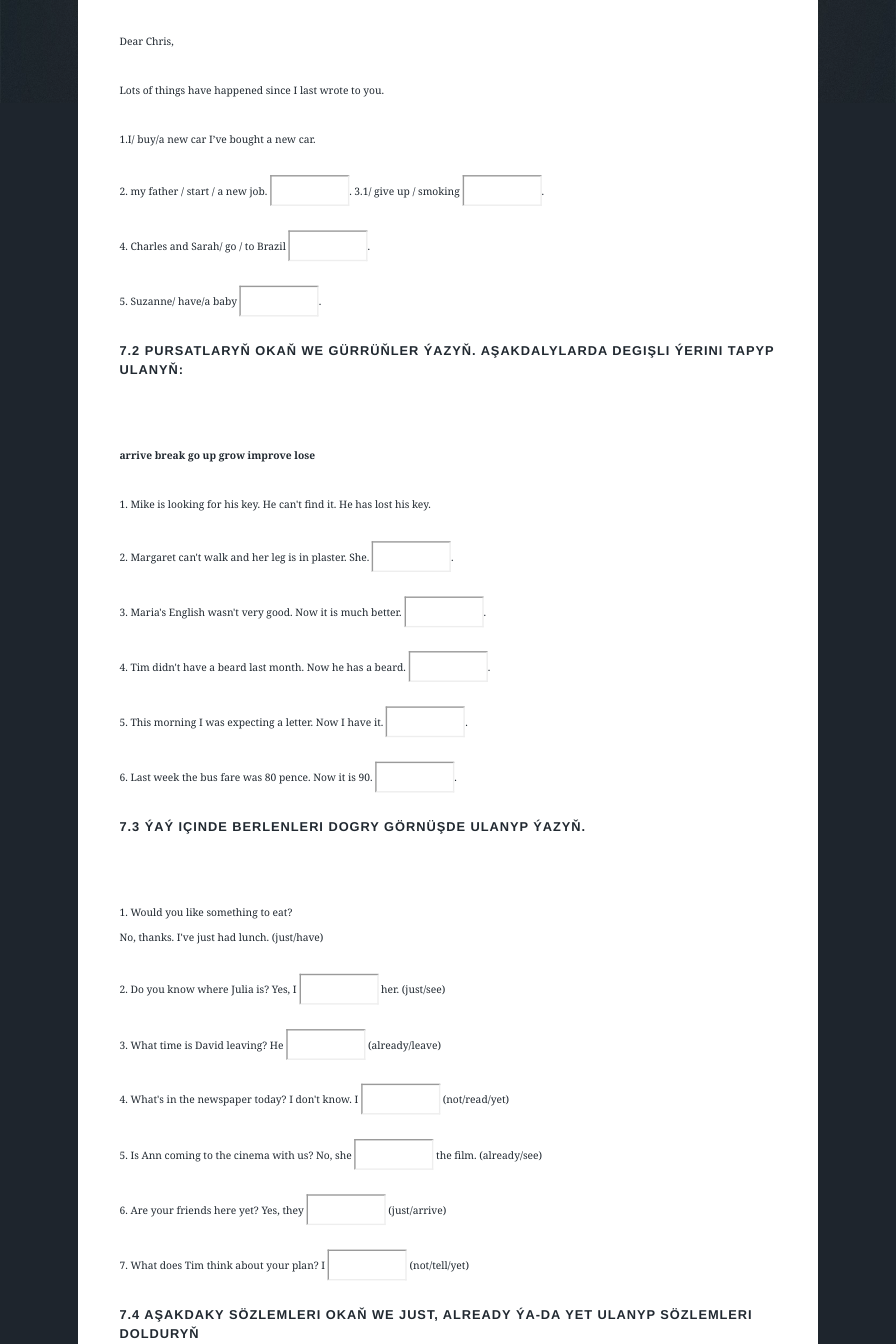
Repository: Sahet-dev/English-grammar-app
Page: test/test_unit _7.html
These files come from the project's save history. The page is drawn as it stood at one moment and after the next save; the edit follows.
The browser window is 1280 px wide. The pictures show the part of the page from y = 573 to 2493 px (the page is 3853 px tall before and 3888 px after), at 70% of full size.
Some web fonts or font styles are not loaded; a fallback is used.

Above is the page before, as saved 2022-06-24 16:08:36.

After the next save:
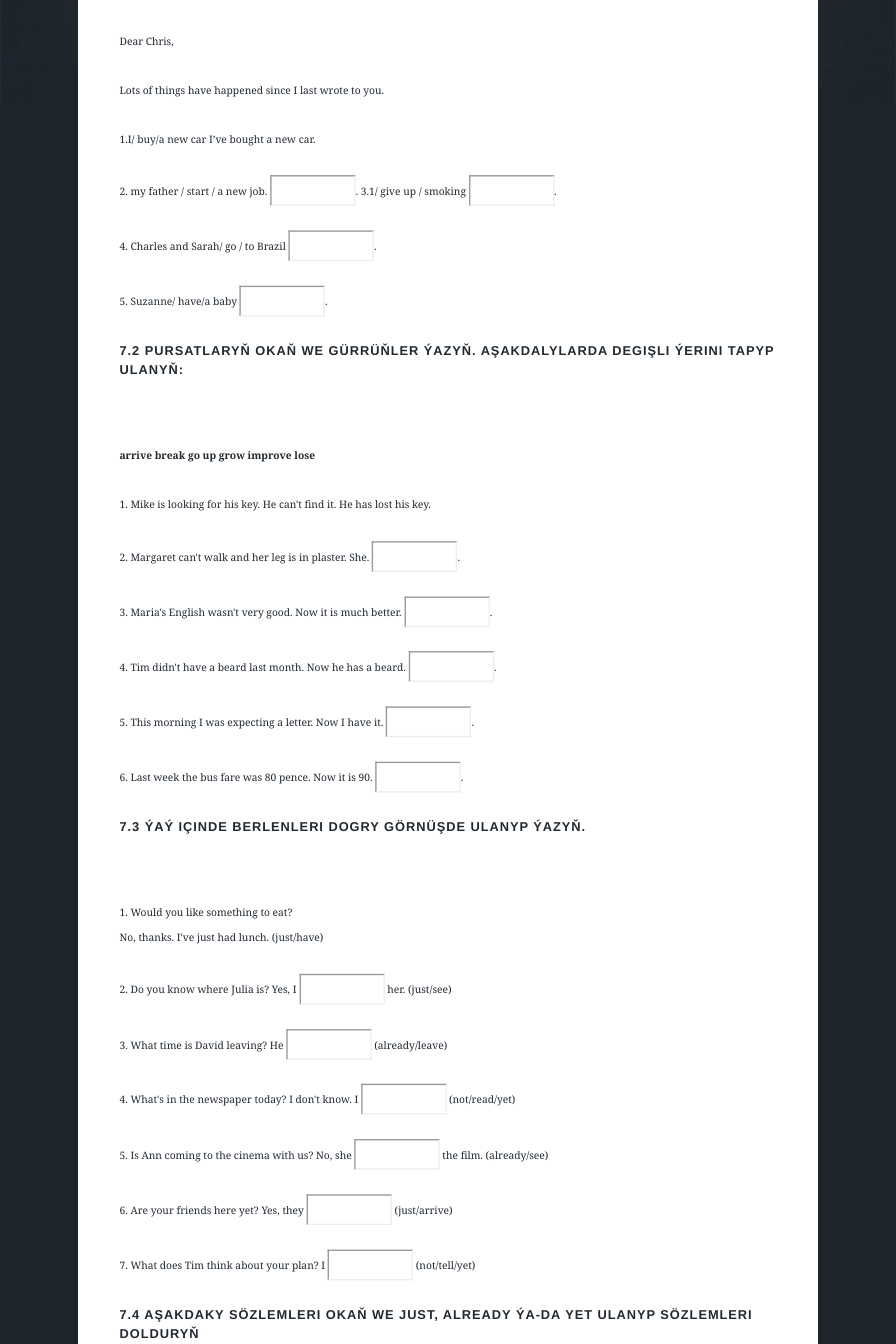
Saved 85 s later.
--- a/test/test_unit _7.html
+++ b/test/test_unit _7.html
@@ -66,15 +66,15 @@
 											I’ve bought a new car.
 											<br><br>
 											2. my father / start / a new job.
-											<input type="text" size="7" name="answer" value="">.
+											<input type="text"  size="8" name="answer" value="">.
 											3.1/ give up / smoking
-											<input type="text" size="7" name="answer" value="">.
+											<input type="text"  size="8" name="answer" value="">.
 											<br><br>
 											4. Charles and Sarah/ go / to Brazil
-											<input type="text" size="7" name="answer" value="">.
+											<input type="text"  size="8" name="answer" value="">.
 											<br><br>
 											5. Suzanne/ have/a baby
-											<input type="text" size="7" name="answer" value="">.
+											<input type="text"  size="8" name="answer" value="">.
 											<br><br>
 										<h3>7.2
 											Pursatlaryň okaň we gürrüňler ýazyň.
@@ -86,24 +86,24 @@
 											He has lost his key.
 											<br><br>
 											2. Margaret can't walk and her leg is in plaster.
-											She. <input type="text" size="7" name="answer" value="">.
+											She. <input type="text"  size="8" name="answer" value="">.
 											<br><br>
 
 											3. Maria's English wasn't very good. Now it is
-											much better. <input type="text" size="7" name="answer" value="">.
+											much better. <input type="text"  size="8" name="answer" value="">.
 
 											<br><br>
 
 											4. Tim didn't have a beard last month. Now he
-											has a beard. <input type="text" size="7" name="answer" value="">.
+											has a beard. <input type="text"  size="8" name="answer" value="">.
 											<br><br>
 
 											5. This morning I was expecting a letter. Now I
-											have it. <input type="text" size="7" name="answer" value="">.
-
-											<br><br>
-
-											6. Last week the bus fare was 80 pence. Now it is 90. <input type="text" size="7" name="answer" value="">.
+											have it. <input type="text"  size="8" name="answer" value="">.
+
+											<br><br>
+
+											6. Last week the bus fare was 80 pence. Now it is 90. <input type="text"  size="8" name="answer" value="">.
 											<br><br>
 
 										<h3>7.3
@@ -116,23 +116,23 @@
 											<br><br>
 											2. Do you know where Julia is?
 
-											Yes, I <input type="text" size="7" name="answer" value=""> her. (just/see)
-											<br><br>
-											3. What time is David leaving?  He <input type="text" size="7" name="answer" value=""> (already/leave)
+											Yes, I <input type="text"  size="8" name="answer" value=""> her. (just/see)
+											<br><br>
+											3. What time is David leaving?  He <input type="text"  size="8" name="answer" value=""> (already/leave)
 											<br><br>
 											4. What's in the newspaper today?
 
-											I don't know. I  <input type="text" size="7" name="answer" value=""> (not/read/yet)
+											I don't know. I  <input type="text"  size="8" name="answer" value=""> (not/read/yet)
 											<br><br>
 											5. Is Ann coming to the cinema with us?
-											No, she <input type="text" size="7" name="answer" value=""> the film. (already/see)
+											No, she <input type="text"  size="8" name="answer" value=""> the film. (already/see)
 											<br><br>
 											6. Are your friends here yet?
 
-											Yes, they <input type="text" size="7" name="answer" value=""> (just/arrive)
+											Yes, they <input type="text"  size="8" name="answer" value=""> (just/arrive)
 											<br><br>
 											7. What does Tim think about your plan?
-											I <input type="text" size="7" name="answer" value="">  (not/tell/yet)
+											I <input type="text"  size="8" name="answer" value="">  (not/tell/yet)
 											<br><br>
 										<h3>7.4
 
@@ -145,29 +145,29 @@
 											<br><br>
 											2. Joe goes out. Five minutes I later, the phone rings and the caller says "Can I speak to Joe?
 
-											You say: I'm afraid <input type="text" size="7" name="answer" value="">  (go out)
+											You say: I'm afraid <input type="text"  size="8" name="answer" value="">  (go out)
 											<br>
 											3. You are eating in a restaurant. The waiter
 											thinks you have finished and starts to take your
 											plate away.
 											<br>
 
-											You say: Wait a minute! <input type="text" size="7" name="answer" value="">  (not/finish)
+											You say: Wait a minute! <input type="text"  size="8" name="answer" value="">  (not/finish)
 											<br><br>
 											4. You are going to restaurant this evening.
 											You phone to reserve a table. Later your friend
 											says "Shall I phone to reserve a table?"
 											<br>
-											You say: No, <input type="text" size="7" name="answer" value=""> it. (do)
+											You say: No, <input type="text"  size="8" name="answer" value=""> it. (do)
 											<br><br>
 											5. You know that a friend of yours is looking for a job. Perhaps she has been successful. Ask her.
 											<br>
-											You say: I <input type="text" size="7" name="answer" value="">  ? (find)
+											You say: I <input type="text"  size="8" name="answer" value="">  ? (find)
 											<br><br>
 											6. Ann went to the bank, but a few minutes ago
 											she returned. Somebody asks "Is Ann still at the bank?"
 											<br>
-											You say: No,<input type="text" size="7" name="answer" value="">   (come back)
+											You say: No,<input type="text"  size="8" name="answer" value="">   (come back)
 											<br><br>
 
 										<h3>7.5
@@ -176,14 +176,14 @@
 
 											1. Jim is on holiday. He's gone to Italy.
 											<br><br>
-											2. Hello! I've <input type="text" size="7" name="answer" value="">  just bought lots of things  to the shops. I've
-											<br><br>
-											3. Alice isn't here at the moment. She's <input type="text" size="7" name="answer" value="">  to the shop to get a newspaper.
-											<br><br>
-											4. Tom has <input type="text" size="7" name="answer" value="">  out. He’ll be back in about an hour.
+											2. Hello! I've <input type="text"  size="8" name="answer" value="">  just bought lots of things  to the shops. I've
+											<br><br>
+											3. Alice isn't here at the moment. She's <input type="text"  size="8" name="answer" value="">  to the shop to get a newspaper.
+											<br><br>
+											4. Tom has <input type="text"  size="8" name="answer" value="">  out. He’ll be back in about an hour.
 											<br><br>
 											5. Are you going to the bank? "No, I've
-											already <input type="text" size="7" name="answer" value="">  to the bank
+											already <input type="text"  size="8" name="answer" value="">  to the bank
 											<br><br>
 
 
